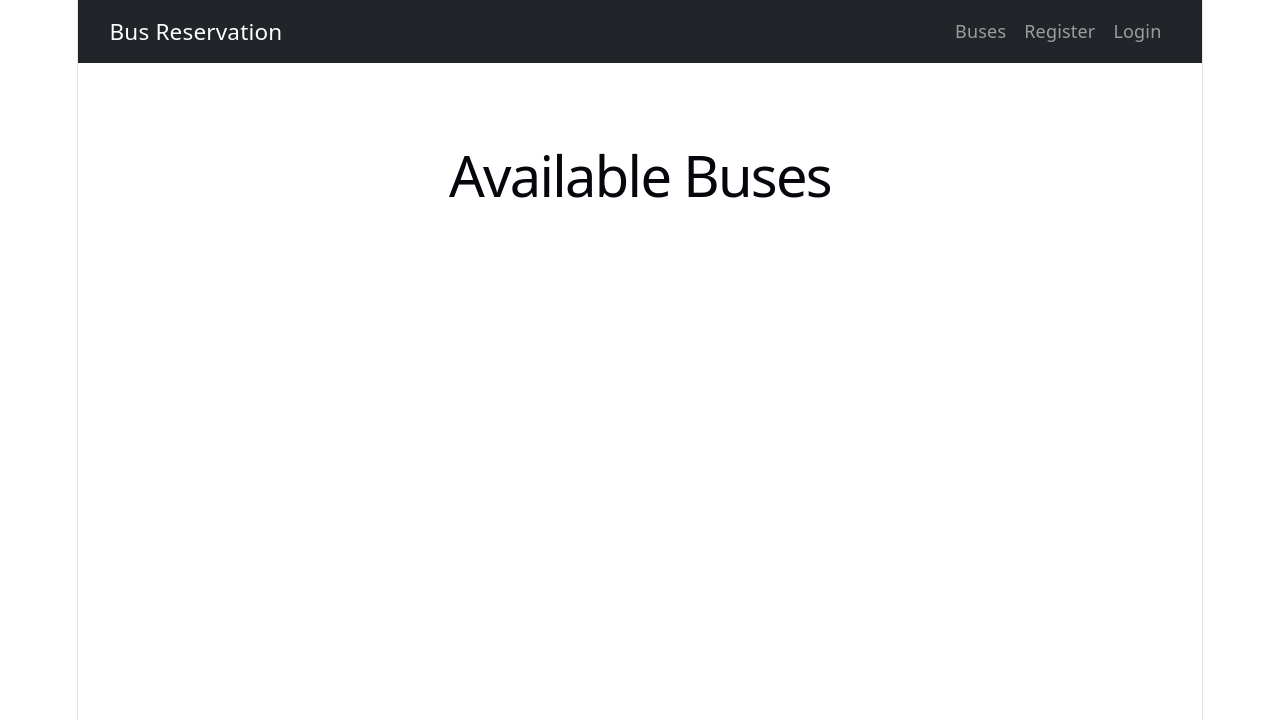
Repository: Eswarabhinay06/Bus-Reservation-System
Page: / (app in AIML-09-Bus-Reservation-System-main/bus-reservation-frontend/)
An editor plug-in stored every save of this project. The page is shown before and after the next save, followed by the edit.
The browser window is 1280 px wide. The pictures show the whole page.
The page's requests for data from a server got no answer. The project was rebuilt for these pictures with package versions that can differ from the ones it lists, and the page was loaded fresh each time. No one was signed in, and anything a server would have sent is missing. Also part of the build but not shown: AIML-09-Bus-Reservation-System-main/bus-reservation-frontend/vite.config.js, AIML-09-Bus-Reservation-System-main/bus-reservation-frontend/src/pages/Register.jsx, AIML-09-Bus-Reservation-System-main/bus-reservation-frontend/src/pages/Login.jsx, AIML-09-Bus-Reservation-System-main/bus-reservation-frontend/src/pages/MyBookings.jsx, AIML-09-Bus-Reservation-System-main/bus-reservation-frontend/src/pages/AddBus.jsx.

Above is the page before, as saved 2026-07-13 15:02:46.

### AIML-09-Bus-Reservation-System-main/bus-reservation-frontend/index.html
<!doctype html>
<html lang="en">
  <head>
    <meta charset="UTF-8" />
    <link rel="icon" type="image/svg+xml" href="/favicon.svg" />
    <meta name="viewport" content="width=device-width, initial-scale=1.0" />
    <title>bus-reservation-frontend</title>
  </head>
  <body>
    <div id="root"></div>
    <script type="module" src="/src/main.jsx"></script>
  </body>
</html>

### AIML-09-Bus-Reservation-System-main/bus-reservation-frontend/src/main.jsx
import { StrictMode } from 'react'
import { createRoot } from 'react-dom/client'
import 'bootstrap/dist/css/bootstrap.min.css'   // Add this line
import './index.css'
import App from './App.jsx'

createRoot(document.getElementById('root')).render(
  <StrictMode>
    <App />
  </StrictMode>,
)

### AIML-09-Bus-Reservation-System-main/bus-reservation-frontend/src/index.css
:root {
  --text: #6b6375;
  --text-h: #08060d;
  --bg: #fff;
  --border: #e5e4e7;
  --code-bg: #f4f3ec;
  --accent: #aa3bff;
  --accent-bg: rgba(170, 59, 255, 0.1);
  --accent-border: rgba(170, 59, 255, 0.5);
  --social-bg: rgba(244, 243, 236, 0.5);
  --shadow:
    rgba(0, 0, 0, 0.1) 0 10px 15px -3px, rgba(0, 0, 0, 0.05) 0 4px 6px -2px;

  --sans: system-ui, 'Segoe UI', Roboto, sans-serif;
  --heading: system-ui, 'Segoe UI', Roboto, sans-serif;
  --mono: ui-monospace, Consolas, monospace;

  font: 18px/145% var(--sans);
  letter-spacing: 0.18px;
  color-scheme: light dark;
  color: var(--text);
  background: var(--bg);
  font-synthesis: none;
  text-rendering: optimizeLegibility;
  -webkit-font-smoothing: antialiased;
  -moz-osx-font-smoothing: grayscale;

  @media (max-width: 1024px) {
    font-size: 16px;
  }
}

@media (prefers-color-scheme: dark) {
  :root {
    --text: #9ca3af;
    --text-h: #f3f4f6;
    --bg: #16171d;
    --border: #2e303a;
    --code-bg: #1f2028;
    --accent: #c084fc;
    --accent-bg: rgba(192, 132, 252, 0.15);
    --accent-border: rgba(192, 132, 252, 0.5);
    --social-bg: rgba(47, 48, 58, 0.5);
    --shadow:
      rgba(0, 0, 0, 0.4) 0 10px 15px -3px, rgba(0, 0, 0, 0.25) 0 4px 6px -2px;
  }

  #social .button-icon {
    filter: invert(1) brightness(2);
  }
}

body {
  margin: 0;
}

#root {
  width: 1126px;
  max-width: 100%;
  margin: 0 auto;
  text-align: center;
  border-inline: 1px solid var(--border);
  min-height: 100svh;
  display: flex;
  flex-direction: column;
  box-sizing: border-box;
}

h1,
h2 {
  font-family: var(--heading);
  font-weight: 500;
  color: var(--text-h);
}

h1 {
  font-size: 56px;
  letter-spacing: -1.68px;
  margin: 32px 0;
  @media (max-width: 1024px) {
    font-size: 36px;
    margin: 20px 0;
  }
}
h2 {
  font-size: 24px;
  line-height: 118%;
  letter-spacing: -0.24px;
  margin: 0 0 8px;
  @media (max-width: 1024px) {
    font-size: 20px;
  }
}
p {
  margin: 0;
}

code,
.counter {
  font-family: var(--mono);
  display: inline-flex;
  border-radius: 4px;
  color: var(--text-h);
}

code {
  font-size: 15px;
  line-height: 135%;
  padding: 4px 8px;
  background: var(--code-bg);
}

### AIML-09-Bus-Reservation-System-main/bus-reservation-frontend/src/App.jsx
import { BrowserRouter, Routes, Route, Link, useNavigate } from "react-router-dom";
import SearchBus from "./pages/SearchBus";
import Register from "./pages/Register";
import Login from "./pages/Login";
import MyBookings from "./pages/MyBookings";
import AddBus from "./pages/AddBus";

function Navbar() {
  const navigate = useNavigate();
  const user = JSON.parse(localStorage.getItem("user"));

  const logout = () => {
    localStorage.removeItem("user");
    alert("Logged out successfully!");
    navigate("/login");
  };

  return (
    <nav
      className="navbar navbar-expand-lg navbar-dark bg-dark px-3"
      style={{ marginBottom: "20px" }}
    >
      <div className="container-fluid">
        <Link className="navbar-brand" to="/">
          Bus Reservation
        </Link>

        <div className="navbar-nav ms-auto">
          <Link className="nav-link" to="/">
            Buses
          </Link>

          {!user ? (
            <>
              <Link className="nav-link" to="/register">
                Register
              </Link>

              <Link className="nav-link" to="/login">
                Login
              </Link>
            </>
          ) : (
            <>
              <Link className="nav-link" to="/my-bookings">
                My Bookings
              </Link>

              <Link className="nav-link" to="/add-bus">
                Add Bus
              </Link>

              <span className="navbar-text text-white me-3">
                Hi, {user.name}
              </span>

              <button className="btn btn-danger btn-sm" onClick={logout}>
                Logout
              </button>
            </>
          )}
        </div>
      </div>
    </nav>
  );
}

function App() {
  return (
    <BrowserRouter>
      <Navbar />

      <Routes>
        <Route path="/" element={<SearchBus />} />
        <Route path="/register" element={<Register />} />
        <Route path="/login" element={<Login />} />
        <Route path="/my-bookings" element={<MyBookings />} />
        <Route path="/add-bus" element={<AddBus />} />
      </Routes>
    </BrowserRouter>
  );
}

export default App;

### AIML-09-Bus-Reservation-System-main/bus-reservation-frontend/src/pages/SearchBus.jsx
import { useEffect, useState } from "react";
import api from "../services/api";

function SearchBus() {
  const [buses, setBuses] = useState([]);

  // Fetch all buses
  const fetchBuses = async () => {
    try {
      const response = await api.get("/buses");
      setBuses(response.data);
    } catch (error) {
      console.error(error);
      alert("Failed to fetch buses");
    }
  };

  // Load buses when page opens
  useEffect(() => {
    fetchBuses();
  }, []);

  // Book a ticket
  const bookTicket = async (busId) => {
    const user = JSON.parse(localStorage.getItem("user"));

    if (!user) {
      alert("Please login first!");
      return;
    }

    try {
      await api.post("/bookings", {
        userId: user.id,
        busId: busId,
        seatCount: 1,
      });

      alert("Ticket booked successfully!");
      fetchBuses(); // Refresh buses after booking
    } catch (error) {
      console.error(error);
      alert("Booking failed");
    }
  };

  return (
  <div className="container mt-4">
    <h1 className="text-center mb-4">Available Buses</h1>

    <div className="row">
      {buses.map((bus) => (
        <div className="col-md-6 mb-4" key={bus.id}>
          <div className="card h-100">
            <div className="card-body">
              <h3 className="card-title">{bus.busName}</h3>

              <p><strong>Bus Number:</strong> {bus.busNumber}</p>
              <p><strong>Route:</strong> {bus.source} → {bus.destination}</p>
              <p><strong>Departure:</strong> {bus.departureTime}</p>
              <p><strong>Arrival:</strong> {bus.arrivalTime}</p>
              <p><strong>Fare:</strong> ₹{bus.fare}</p>
              <p><strong>Available Seats:</strong> {bus.availableSeats}</p>

              <button
                className={`btn ${bus.availableSeats > 0 ? "btn-primary" : "btn-secondary"}`}
                onClick={() => bookTicket(bus.id)}
                disabled={bus.availableSeats <= 0}
              >
                {bus.availableSeats > 0 ? "Book Ticket" : "Sold Out"}
              </button>
            </div>
          </div>
        </div>
      ))}
    </div>
  </div>
);
}

export default SearchBus;

### AIML-09-Bus-Reservation-System-main/bus-reservation-frontend/src/services/api.js
import axios from "axios";

const api = axios.create({
  baseURL: "http://localhost:9090/api",
});

export default api;

After the next save:
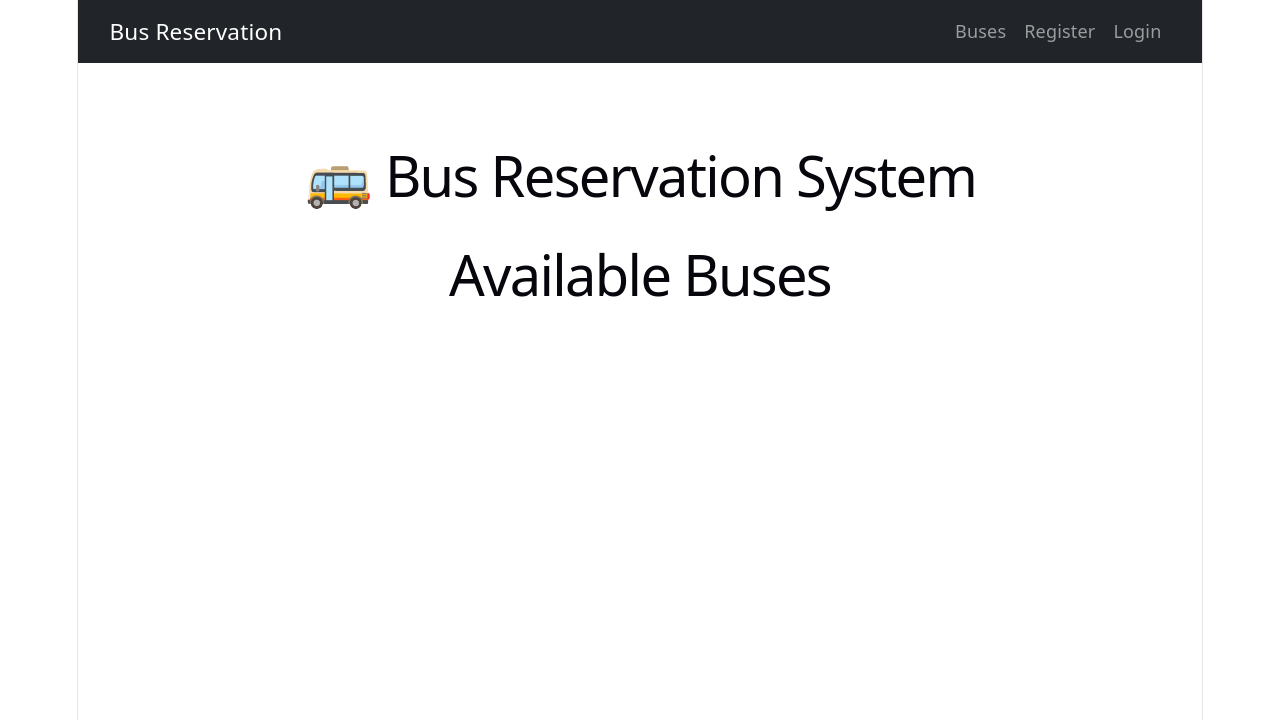
Saved 12 min 42 s later.
--- a/AIML-09-Bus-Reservation-System-main/bus-reservation-frontend/src/pages/SearchBus.jsx
+++ b/AIML-09-Bus-Reservation-System-main/bus-reservation-frontend/src/pages/SearchBus.jsx
@@ -46,6 +46,7 @@ function SearchBus() {
 
   return (
   <div className="container mt-4">
+    <h1 className="text-center mb-4">🚌 Bus Reservation System</h1>
     <h1 className="text-center mb-4">Available Buses</h1>
 
     <div className="row">
